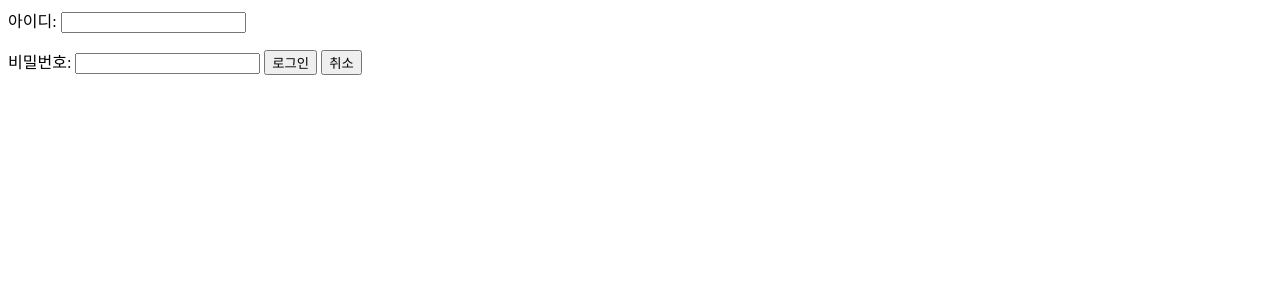
Repository: jpg723/Assignment
Page: http://localhost/LAB12/LAB12_2/login_form.jsp
These files come from the project's save history. The page is drawn as it stood at one moment and after the next save; the edit follows.
The browser window is 1280 px wide. The pictures show the whole page.
The page is served by Tomcat 9.

Above is the page before, as saved 2021-12-03 08:00:01.

After the next save:
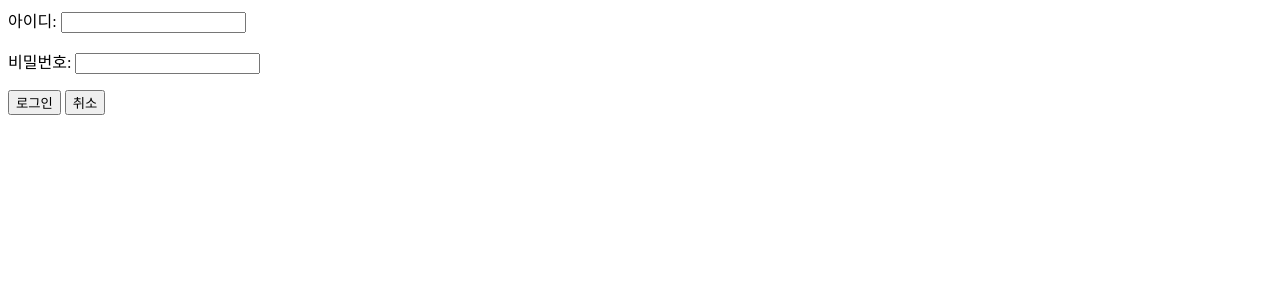
Saved 25 s later.
--- a/웹프로그래밍/LAB12/src/main/webapp/LAB12_2/login_form.jsp
+++ b/웹프로그래밍/LAB12/src/main/webapp/LAB12_2/login_form.jsp
@@ -9,7 +9,7 @@
 <body>
 <form>
 	아이디: <input type="text" name="id"><p>
-	비밀번호: <input type="password" name="pw">
+	비밀번호: <input type="password" name="pw"><p>
 	<input type="submit" value="로그인"> <input type="reset" value="취소">
 </form>
 </body>
